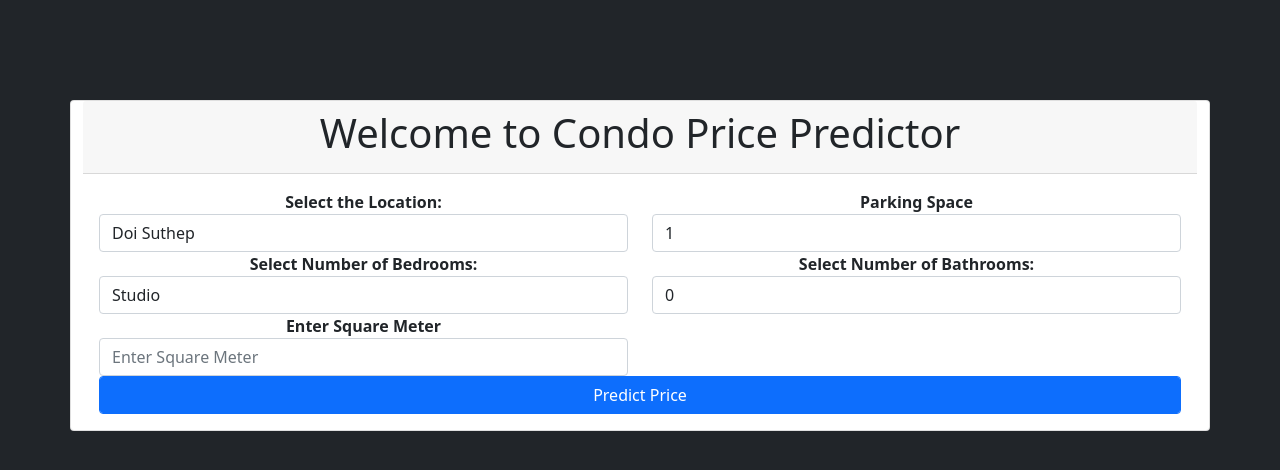
Repository: myothida/condoprice_CNX
Page: http://localhost/
These files come from the project's save history. The page is drawn as it stood at one moment and after the next save; the edit follows.
The browser window is 1280 px wide. The pictures show the whole page.
The page is served by the project's application, run on Flask 3 (main.py).

Above is the page before, as saved 2023-09-26 22:12:42.

### templates/index.html
<!DOCTYPE html>
<html lang="en">
  <head>
    <!-- Required meta tags -->
    <meta charset="utf-8" />
    <meta name="viewport" content="width=device-width, initial-scale=1" />

    <!-- Bootstrap CSS -->
    <link
      href="https://cdn.jsdelivr.net/npm/bootstrap@5.0.2/dist/css/bootstrap.min.css"
      rel="stylesheet"
      integrity="sha384-EVSTQN3/azprG1Anm3QDgpJLIm9Nao0Yz1ztcQTwFspd3yD65VohhpuuCOmLASjC"
      crossorigin="anonymous"
    />

    <title>Condo Price Predictor</title>
  </head>
  <body class="bg-dark">
    <div class="container">
      <div class="row">
        <div class="card" style="width: 100%; height: 100%; margin-top: 100px">
          <div class="card-header" style="text-align: center">
            <h1>Welcome to Condo Price Predictor</h1>
          </div>
          <div class="card-body">
            <form method="post" accept-charset="utf-8">
              <div class="row">
                <div class="col-md-6 form-group" style="text-align: center">
                  <label><b> Select the Location: </b> </label>
                  <select
                    class="selectpicker form-control"
                    id="location"
                    name="location"
                    require="1"
                  >
                    <option>Doi Suthep</option>
                    <option>Faham</option>
                    <option>Muang</option>
                    <option>Nimman</option>
                    <option>Chang phueak</option>
                  </select>
                </div>

                <div class="col-md-6 form-group" style="text-align: center">
                  <label><b> Parking Space </b> </label>
                  <select
                    class="selectpicker form-control"
                    id="parking"
                    name="parking"
                    require="1"
                  >
                    <option>1</option>
                    <option>2</option>
                    <option>3</option>
                  </select>
                </div>
                <div class="col-md-6 form-group" style="text-align: center">
                  <label><b> Select Number of Bedrooms: </b> </label>
                  <select
                    class="selectpicker form-control"
                    id="bedrooms"
                    name="bedrooms"
                  >
                    <option>Studio</option>
                    <option>1</option>
                    <option>2</option>
                    <option>3</option>
                  </select>
                </div>
                <div class="col-md-6 form-group" style="text-align: center">
                  <label><b> Select Number of Bathrooms: </b> </label>
                  <select
                    class="selectpicker form-control"
                    id="bathrooms"
                    name="bathrooms"
                  >
                    <option>0</option>
                    <option>1</option>
                    <option>2</option>
                    <option>3</option>
                  </select>
                </div>
                <div class="col-md-6 form-group" style="text-align: center">
                  <label><b> Enter Square Meter </b> </label>
                  <input
                    type="text"
                    class="form-control"
                    id="sqm"
                    name="sqm"
                    placeholder="Enter Square Meter"
                  />
                </div>
                <div class="col-md-12 form-group">
                  <button
                    class="btn btn-primary form-control"
                    onclick="send_data()"
                  >
                    Predict Price
                  </button>
                </div>
              </div>
            </form>
          </div>
        </div>
      </div>
    </div>
  </body>
</html>

<!-- Option 2: Separate Popper and Bootstrap JS -->

<script
  src="https://cdn.jsdelivr.net/npm/@popperjs/core@2.9.2/dist/umd/popper.min.js"
  integrity="sha384-IQsoLXl5PILFhosVNubq5LC7Qb9DXgDA9i+tQ8Zj3iwWAwPtgFTxbJ8NT4GN1R8p"
  crossorigin="anonymous"
></script>
<script
  src="https://cdn.jsdelivr.net/npm/bootstrap@5.0.2/dist/js/bootstrap.min.js"
  integrity="sha384-cVKIPhGWiC2Al4u+LWgxfKTRIcfu0JTxR+EQDz/bgldoEyl4H0zUF0QKbrJ0EcQF"
  crossorigin="anonymous"
></script>

### main.py
from flask import Flask, render_template, request

app = Flask(__name__)


@app.route('/')
def index():
    return render_template('index.html')


if __name__ == "__main__":
    app.run(debug=True, port=5001)

After the next save:
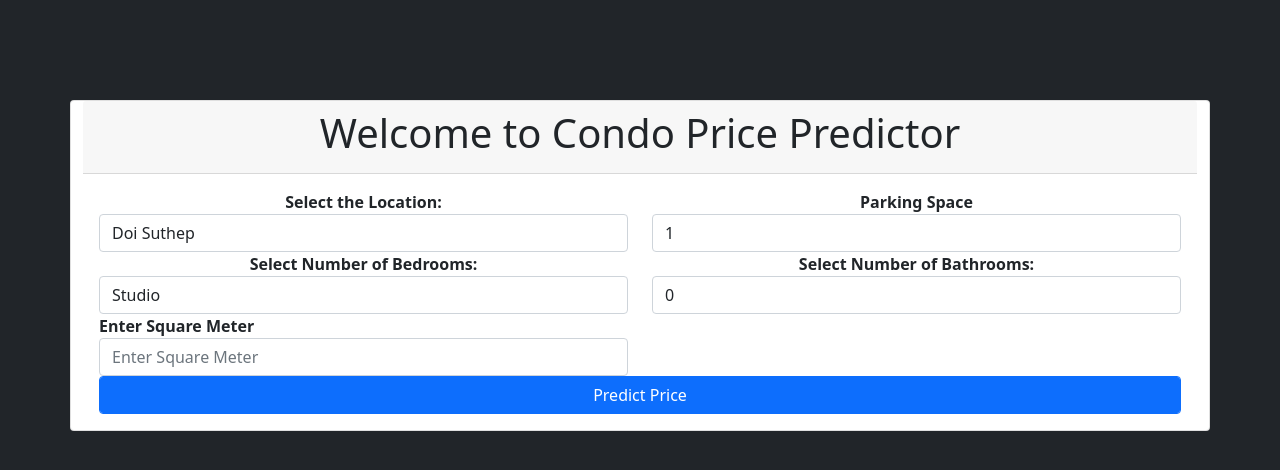
Saved 8 s later.
--- a/templates/index.html
+++ b/templates/index.html
@@ -80,7 +80,10 @@
                     <option>3</option>
                   </select>
                 </div>
-                <div class="col-md-6 form-group" style="text-align: center">
+                <div
+                  class="col-md-6 form-group"
+                  style="text-align: center md-6"
+                >
                   <label><b> Enter Square Meter </b> </label>
                   <input
                     type="text"

After the save that followed:
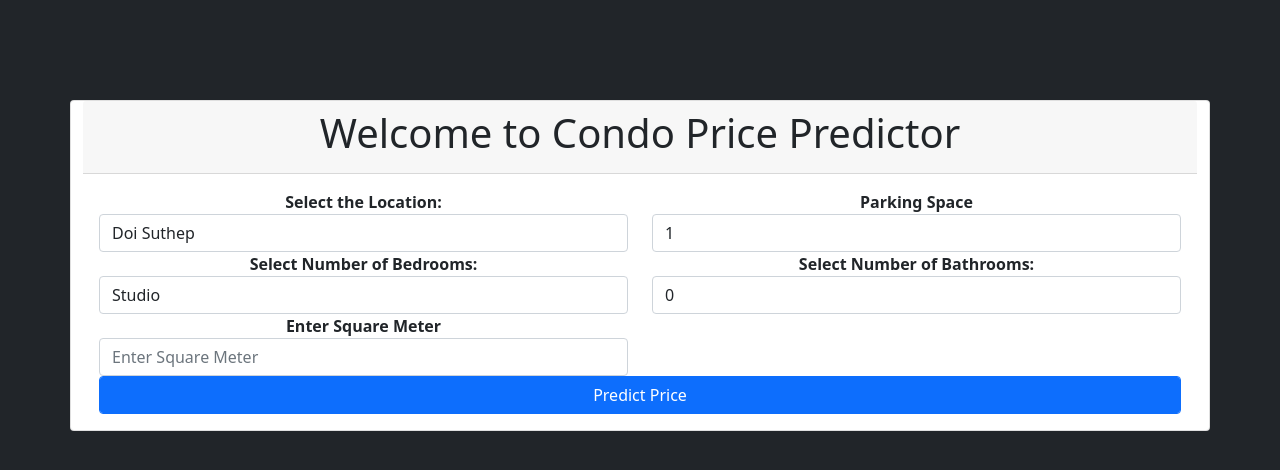
Saved 6 s later.
--- a/templates/index.html
+++ b/templates/index.html
@@ -80,10 +80,7 @@
                     <option>3</option>
                   </select>
                 </div>
-                <div
-                  class="col-md-6 form-group"
-                  style="text-align: center md-6"
-                >
+                <div class="col-md-6 form-group" style="text-align: center">
                   <label><b> Enter Square Meter </b> </label>
                   <input
                     type="text"
